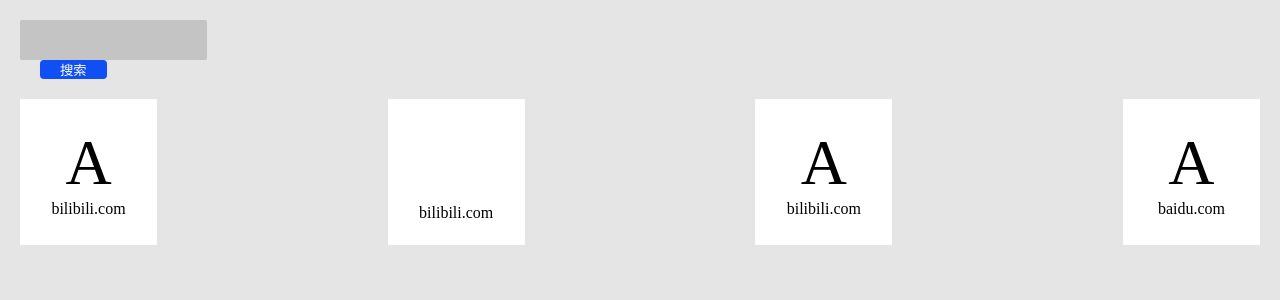
Repository: chenguocan/-
Page: src/index.html
These files come from the project's save history. The page is drawn as it stood at one moment and after the next save; the edit follows.
The browser window is 1280 px wide. The pictures show the whole page.

Above is the page before, as saved 2020-08-11 22:02:57.

### src/index.html
<!DOCTYPE html>
<html lang="en">

<head>
    <meta charset="UTF-8">
    <meta name="viewport"
        content="width=device-width,initial-scale=1,minimum-scale=1,maximum-scale=1,user-scalable=no,viewport-fit=cover">
    <meta http-equiv="X-UA-Compatible" content="ie=edge">
    <title>前端导航</title>
    <link rel="stylesheet" href="./style.css">
    <style type="text/css">
        .icon {
            width: 5em;
            height: 5em;
            vertical-align: -0.15em;
            fill: currentColor;
            overflow: hidden;
        }
    </style>
</head>

<body>
    <header class="globalHeader">
        <form class="searchForm">
            <input type="text" />
            <button class="searchButton">搜索</button>
        </form>
    </header>
    <main class="globalMain">
        <ul class="siteList">
            <li>
                <a href="https://www.bilibili.com">
                    <div class="siteBox">
                        <div class="logo">A</div>
                        <div class="site">bilibili.com</div>
                    </div>
                </a>
            </li>
            <li>
                <div class="addButton">
                    <div class="logo">
                        <svg class="icon" aria-hidden="true">
                            <use xlink:href="#icon-jiahao"></use>
                        </svg>
                    </div>
                    <div class="site">bilibili.com</div>
                </div>
            </li>
        </ul>
    </main>
    <script src="https://cdn.bootcdn.net/ajax/libs/jquery/3.5.1/jquery.slim.min.js"></script>
    <script src="//at.alicdn.com/t/font_2000749_640re2b3w3g.js"></script>
    <script src="./main.js"></script>
</body>

</html>

### src/style.css
*{
    margin: 0;
    padding: 0;
    box-sizing: border-box;
}
*::before{
    margin: 0;
    padding: 0;
    box-sizing: border-box;
}
*::after{
    margin:0;
    padding: 0;
    box-sizing: border-box;
}
body{
    background:#E5E5E5;
}
ul>li{
    list-style: none;
}
a{
    text-decoration: none;
    color: inherit;
}
.globalHeader {
    margin:20px;
    display: flex;
    flex-direction: row;
    flex-wrap: nowrap;
    justify-content: space-between;
}
.globalHeader >.searchForm > input{
    width: 100%;
    border: none;
    height: 40px;
    border-radius: 2px;
    background: #C4C4C4;
    padding-left: 10px;
}
.globalHeader >.searchForm> .searchButton{
    display: flex;
    white-space: nowrap;
    border: none;
    color:white;
    margin-left: 20px;
    background:#0F4FF3;
    border-radius:4px;
    padding:0 20px;
}
.siteList{
    display: flex;
    flex-direction: row;
    justify-content: space-between;
    flex-wrap: wrap;
    margin:0 20px;
}
.siteList .siteBox,.addButton{
    display: flex;
    flex-direction: column;
    justify-content: center;
    align-items: center;
    flex-wrap: wrap;
    height: 146px;
    width: 137px;
    margin-bottom: 10px;
    background:#FFFFFF;
}
.siteList .siteBox>.logo{
    font-size: 64px;
}
.siteList .siteBox>.site{
    font-size:16px;
}

### src/main.js
const $siteList = $(".siteList");
let hashMap = [
    {
        logo: "B",
        url: "https://www.bilibili.com",
    },
    {
        logo: "D",
        url: "https://www.baidu.com"
    }
]
let array = [];
let string = "";
hashMap.forEach((item, index) => {
    string += `
    <li>
        <a href="${item.url}">
            <div class="siteBox">
                <div class="logo">A</div>
                <div class="site">${item.url.replace("http://", "").replace("https://", "").replace("www.", "")}</div>
            </div>
        </a>
    </li>
    `;
})
$siteList.append(string);

After the next save:
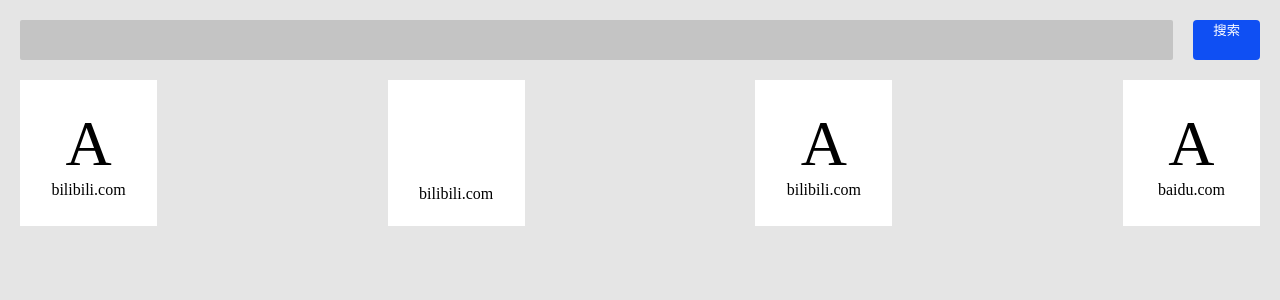
Saved 14 s later.
--- a/src/style.css
+++ b/src/style.css
@@ -23,7 +23,7 @@
     text-decoration: none;
     color: inherit;
 }
-.globalHeader {
+.searchForm {
     margin:20px;
     display: flex;
     flex-direction: row;
